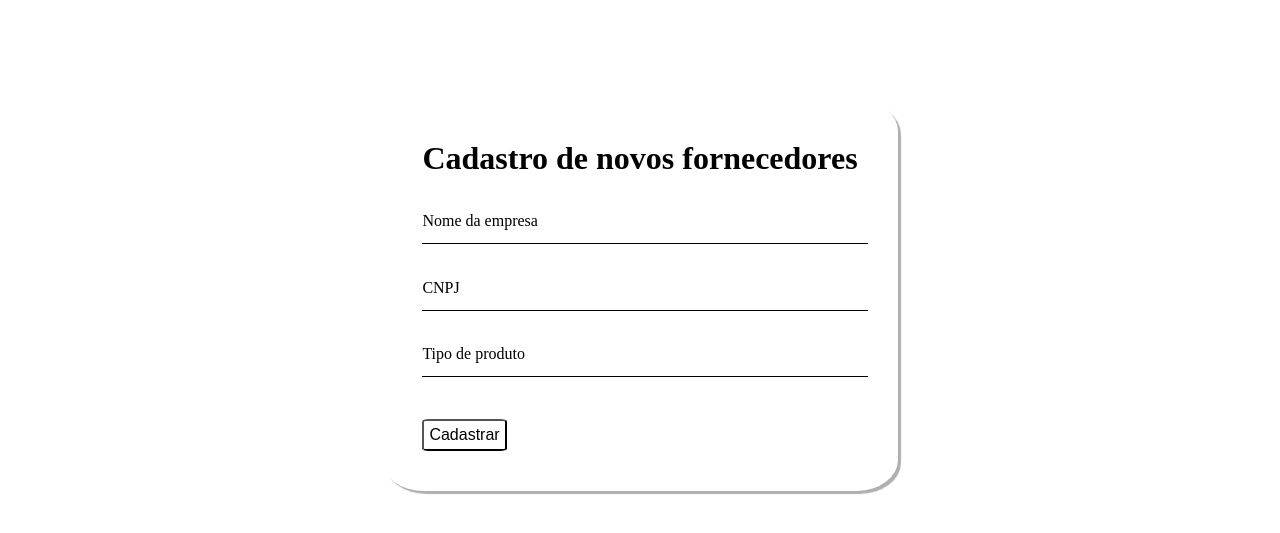
Repository: crisholiveira/speedlog
Page: http://localhost/cadastroDeFornecedor/
The author's editor kept a copy of each file at every save. The page is drawn from the files as they stood at one save, then again after the next save.
The browser window is 1280 px wide. The pictures show the whole page.
The page is served by the project's Node server (app.js).

Above is the page before, as saved 2022-01-16 16:30:34.

After the next save:
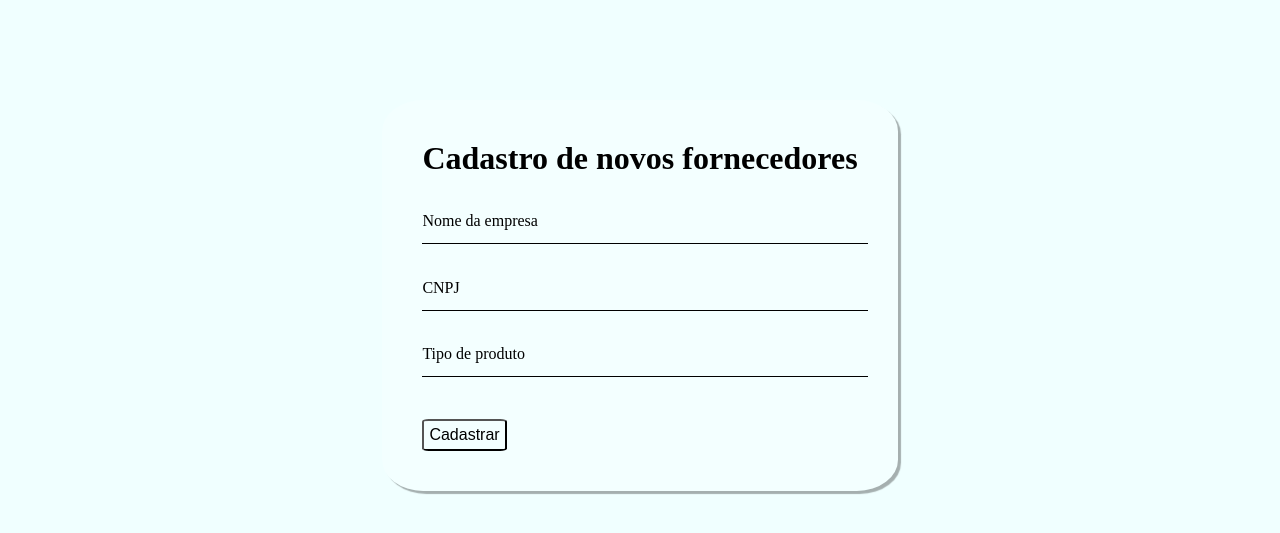
Saved 31 s later.
--- a/public/stylesheets/cadFornecedor.css
+++ b/public/stylesheets/cadFornecedor.css
@@ -9,6 +9,7 @@ body{ /*
     background-size: cover;
     background-position: center;
     background-attachment: fixed; */
+    background-color: azure;
 }
 
 .container{
